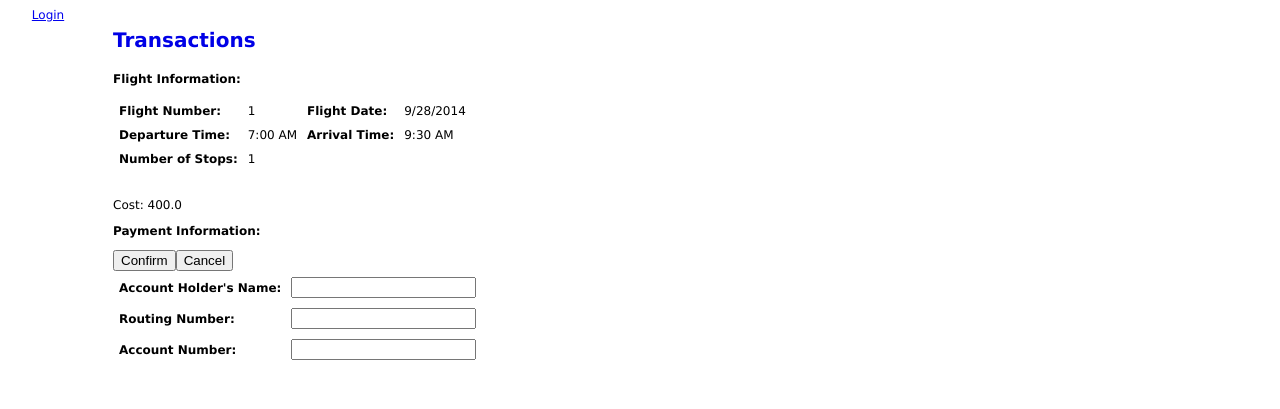
Repository: jliu9000/CSE-464---Flight-Pages
Page: http://localhost/HW1/Transaction.jsp
The author's editor kept a copy of each file at every save. The page is drawn from the files as they stood at one save, then again after the next save.
The browser window is 1280 px wide. The pictures show the whole page.
The page is served by Tomcat 9. Other server files are loaded and not shown.

Above is the page before, as saved 2014-09-22 22:07:05.

### HW1/WebContent/Transaction.jsp
<%@ page language="java" contentType="text/html; charset=ISO-8859-1"
    pageEncoding="ISO-8859-1"%>
<!DOCTYPE html PUBLIC "-//W3C//DTD HTML 4.01 Transitional//EN" "http://www.w3.org/TR/html4/loose.dtd">
<html>
<head>
<%@ page import="flight.bizlogic.*"%>
<meta http-equiv="Content-Type" content="text/html; charset=ISO-8859-1">
<link rel="stylesheet" type="text/css" href="CSS/FlightStyles.css">
<title>Transaction</title>
</head>

<body>
	<div class='sidebar'>
		<a id="login" href="login.jsp">
		<%=session.getAttribute("nUserID") != null ? "Logout" : "Login"%>
		</a>
	</div>

	<%
		RecordFactory records = new RecordFactory(1);
		FlightRecord r = records.TestRecord();
	%>

	<div class='main'>
		<p class='PageTitle'>Transactions</p>
		<p class='subheading'>Flight Information:</p>
		<table>
			<tr>
				<td class='key'>Flight Number: </td><td><%=r.getID() %></td>
				<td class='key'>Flight Date: </td><td><%=r.getDateOfTravel() %></td>
			</tr>
			<tr>
				<td class='key'>Departure Time:</td><td><%=r.getDepartureTime() %></td>
				<td class='key'>Arrival Time:</td><td><%=r.getArrivalTime() %></td>
			</tr>
			<tr>
				<td class='key'>Number of Stops:</td><td><%=r.getNumberOfStops() %></td>
				<td></td><td></td>
			</tr>
		</table>
		<br>
		<p>Cost: <%=r.getCost() %></p>

		<p class='subheading'>Payment Information:</p>


		<table>
			<form action='TransactionConfirmation.jsp' method=post>
				<tr>
					<td class='key'>Account Holder's Name: </td><td><input type="text" name="sAcctName"></td>
				</tr>
				<tr>
					<td class='key'>Routing Number: </td><td><input type="text" name="nRoutingNumber"></td>
				</tr>
				<tr>
					<td class='key'>Account Number: </td><td><input type="text" name="nAccountNumber"></td>
				</tr>

				<input type="submit" value="Confirm"></input>
			</form>
			<a href="FlightSearch.jsp"><button>Cancel</button></a>
		</table>
	</div>





</body>





</html>

### HW1/src/flight/bizlogic/RecordFactory.java
package flight.bizlogic;
import java.util.ArrayList;



public class RecordFactory {
	//Master list
	private ArrayList<FlightRecord> oRecordsList;
	private int nTotalRecords;

	//Lists for record generation
	private String sListOfLocations[] = {"New York City, New York","Dallas, Texas","Sacramento, California",
			"Chicago, Illinois","Lincoln, Nebraska","Denver, Colorado","Atlanta, Georgia"};
	private int sListOfYears[] ={2014,2015,2016};
	private String sListOfClass[] ={"First Class", "Business", "Economy"};

	//Static test record
	private FlightRecord _oTestRecord = new FlightRecord(1, "Lincoln, NE", "Baltimore, MD", "9/28/2014", 52, "First Class",
			"7:00 AM", "9:30 AM", 1, 400.00);

	public RecordFactory(int nTotalRecords){

		//use nTotalRecords <= 0 for a random number of 1 to 50 records
		if (nTotalRecords <= 0){
			this.nTotalRecords = (int) Math.round(Math.random() * 49) + 1;
		}else{
			this.nTotalRecords = nTotalRecords;
		}

		oRecordsList = new ArrayList<FlightRecord>();

	}

	public void generateRecords(){

		for (int i = 0; i<= nTotalRecords; i++){
			oRecordsList.add(getSingleRecord());
		}

	}

	public FlightRecord getSingleRecord(){
		String sFormatedMonth;
		int nYear, nMonth, nDay, nSeats, nClass, nSource, nDestination, nID;

		nMonth = (int) Math.ceil(Math.random() * 12);
		nDay = (int) Math.round(Math.random() * 28);
		nYear = (int) Math.round(Math.random() * 2);
		sFormatedMonth = nMonth + "/" +nDay +"/" +sListOfYears[nYear];

		nSeats = (int) Math.round(Math.random() * 100);
		nClass = (int) Math.round(Math.random()*2);
		nSource = (int) Math.round(Math.random()*6);
		nDestination = (int) Math.round(Math.random() * 6);
		//destination cannot equal source
		while (nDestination == nSource){
			nDestination = (int) Math.round(Math.random() * 6);
		}

		return new FlightRecord(sListOfLocations[nSource], sListOfLocations[nDestination], sFormatedMonth, nSeats, sListOfClass[nClass]);

	}





	public String toHTMLTableRow(int nRow){
		FlightRecord r;
		String sHTMLRow;
		if (nRow < oRecordsList.size()){
			r = oRecordsList.get(nRow);
		}else{
			return "";
		}

		sHTMLRow = "<td>" +r.getID() +"</td>";
		sHTMLRow += "<td>" +r.getDateOfTravel() +"</td>";
		sHTMLRow += "<td>" +r.getDepartureTime() +"</td>";
		sHTMLRow += "<td>" +r.getArrivalTime() +"</td>";
		sHTMLRow += "<td>" +r.getNumberOfStops() +"</td>";
		sHTMLRow += "<td> $" +r.getCost() +"</td>";

		return sHTMLRow;
	}

	public FlightRecord TestRecord() {
		return _oTestRecord;
	}

	public int TotalRecords(){
		return nTotalRecords;

	}

	public ArrayList<FlightRecord> getRecords(){

		return oRecordsList;
	}
}

### HW1/src/flight/bizlogic/FlightRecord.java
package flight.bizlogic;

public class FlightRecord {
	private String sSource;
	private String sDestination;
	private String sDateOfTravel;
	private String sClass;
	private int nSeats;
	private String sDepartureTime;
	private String sArrivalTime;
	private int nNumberOfStops;
	private double dCost;
	private int nID;


	public FlightRecord(String sSource, String sDestination, String sDateOfTravel, int nSeats,
			String sClass){
		this.sSource = sSource;
		this.sDestination = sDestination;
		this.sDateOfTravel = sDateOfTravel;
		this.nSeats = nSeats;
		this.sClass = sClass;
		fillRecord();
	}

	public FlightRecord(int nID, String sSource, String sDestination, String sDateOfTravel, int nSeats,
			String sClass, String sDepartureTime, String sArrivalTime, int nNumberOfStops, double dCost){
		this.nID = nID;
		this.sSource = sSource;
		this.sDestination = sDestination;
		this.sDateOfTravel = sDateOfTravel;
		this.nSeats = nSeats;
		this.sClass = sClass;
		this.sDepartureTime = sDepartureTime;
		this.sArrivalTime = sArrivalTime;
		this.nNumberOfStops = nNumberOfStops;
		this.dCost = dCost;

	}


	//fill missing fields w/ random numbers
	private void fillRecord(){
		int nHour;
		int dMin;
		nID = (int) Math.round(Math.random()*1000);
		nHour = (int) Math.round(Math.random() * 11) + 1;
		dMin =  (int) Math.round(Math.random() * 60);
		sDepartureTime =  nHour +":" +dMin +" " +(Math.random() > .5 ? "AM" : "PM");
		nHour = (int) Math.round(Math.random() * 11) + 1;
		dMin = (int) Math.round(Math.random() * 60);
		sArrivalTime =  nHour +":" +dMin +" " +(Math.random() > .5 ? "AM" : "PM");
		nNumberOfStops = (int) Math.round(Math.random() * 4);
		dCost =  Math.round(Math.random() * 1000) + 50;
	}



	public String getDepartureTime() {
		return sDepartureTime;
	}


	public String getArrivalTime() {
		return sArrivalTime;
	}


	public int getNumberOfStops() {
		return nNumberOfStops;
	}


	public double getCost() {
		return dCost;
	}


	public int getID() {
		return nID;
	}



	public String getSource() {
		return sSource;
	}

	public String getDestination() {
		return sDestination;
	}

	public String getDateOfTravel() {
		return sDateOfTravel;
	}

	public String getFlightClass() {
		return sClass;
	}

	public int getSeats() {
		return nSeats;
	}






}

### HW1/WebContent/CSS/FlightStyles.css
@CHARSET "ISO-8859-1";

body {
	font-family: "Verdana";
	font-size:12px;

}

div.sidebar {
	float: left;
	width: 80px;
	padding-right: 25px;
	text-align: center;
}
div.main {
	float: left;
}

p {
    font-size: 12px;

}

p.PageTitle {
    font-size: 20px;
    color: #0000E6;
    font-weight: bold;
}

p.subheading {

	font-size: #5858DA;
	font-weight:bold;
}

p.message {
	color: red;
	text-align: center;
}

table {


}

th {
    background-color: #1975FF;
    color: white;
    padding: 4px;
    padding-left: 8px;
	padding-right: 8px;

}

tr {
}

tr.repeatalt {
	border: 1px solid #3C5E8F;
	background-color: #E6E6E6;

}

tr.repeat {
	padding: 2px;
	padding-left: 5px;
	padding-right: 5px;
	background-color: #CCE0FF;
}

td.button{
	text-align: center;
}

td{
	text-align: left;
	padding: 4px;

}

td.key{
	font-weight: bold;
}




#login {
    font-size:12px;
}

After the next save:
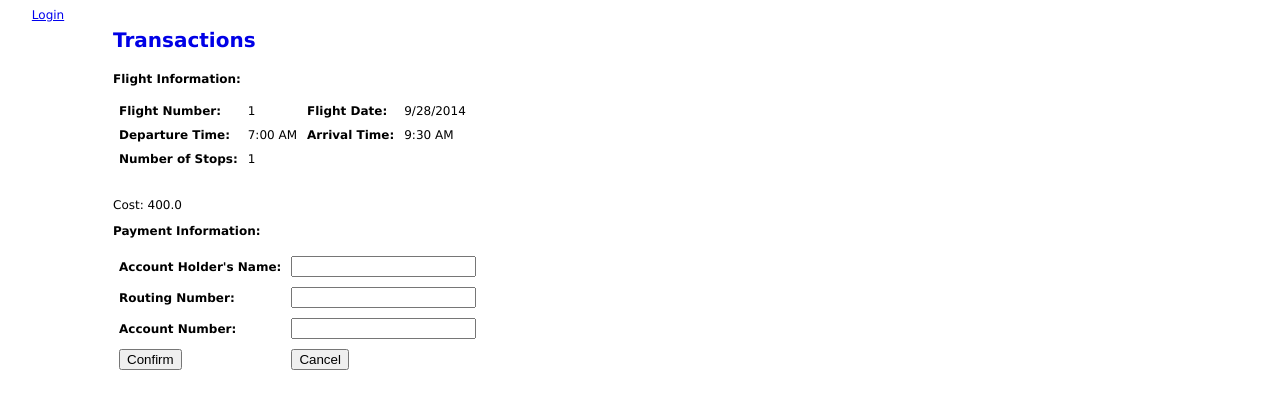
Saved 59 s later.
--- a/HW1/WebContent/Transaction.jsp
+++ b/HW1/WebContent/Transaction.jsp
@@ -55,10 +55,15 @@
 				<tr>
 					<td class='key'>Account Number: </td><td><input type="text" name="nAccountNumber"></td>
 				</tr>
-
-				<input type="submit" value="Confirm"></input>
-			</form>
-			<a href="FlightSearch.jsp"><button>Cancel</button></a>
+				<tr>
+					<td>
+						<input type="submit" value="Confirm"></input>
+						</form>
+					</td>
+					<td>
+						<a href="FlightSearch.jsp"><button>Cancel</button></a>
+					</td>
+				</tr>
 		</table>
 	</div>
 
